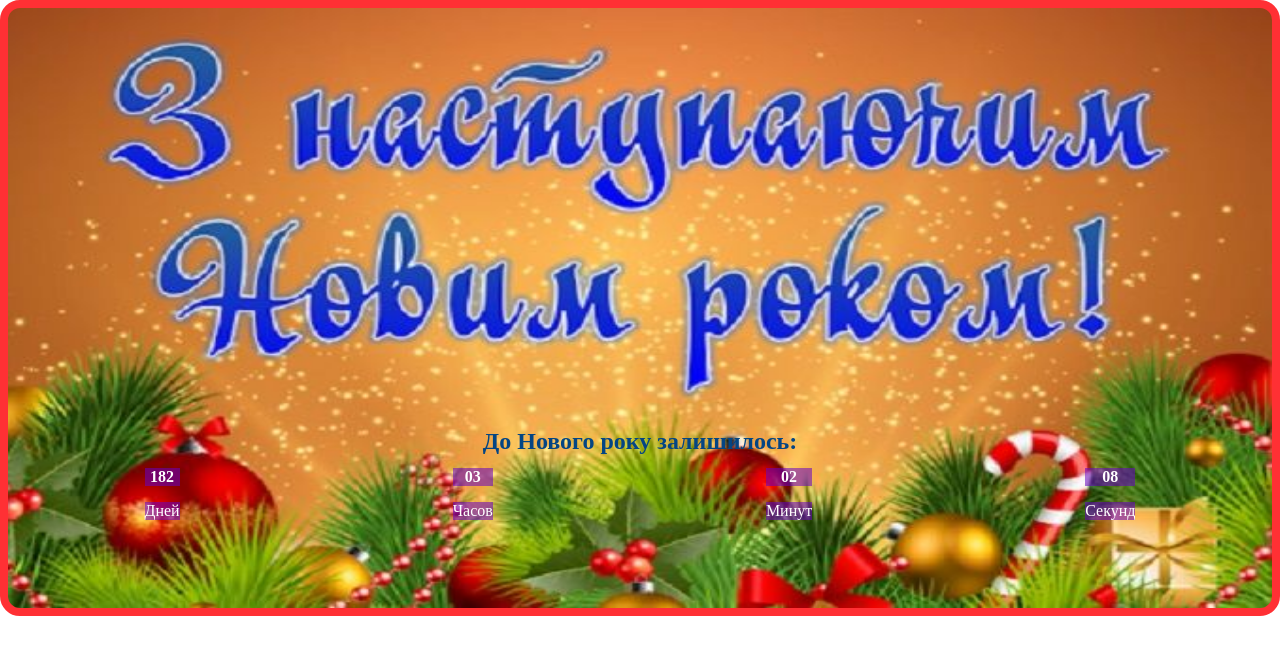
Repository: KonstantinKhamilov/JavaScript11-new-year
Page: index.html
These files come from the project's save history. The page is drawn as it stood at one moment and after the next save; the edit follows.
The browser window is 1280 px wide. The pictures show the whole page.

Above is the page before, as saved 2024-12-29 20:19:00.

After the next save:
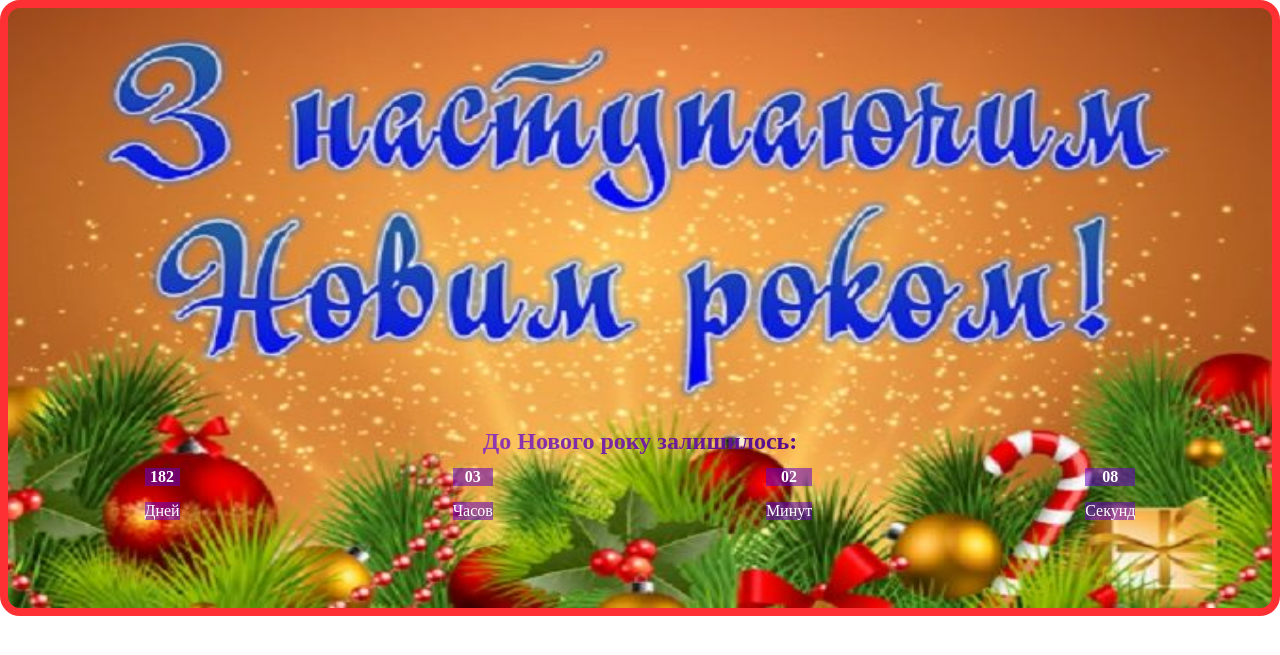
Saved 18 s later.
--- a/newYear.css
+++ b/newYear.css
@@ -48,6 +48,20 @@ body {
     font-weight: bold;
     font-size: 1.5em;
     text-align: center;
+    background: linear-gradient(
+      270deg,
+      red,
+      orange,
+      yellow,
+      green,
+      blue,
+      indigo,
+      violet
+    );
+    background-size: 400%; /* Увеличиваем размер фона для анимации */
+    -webkit-background-clip: text; /* Обрезаем фон по тексту */
+    -webkit-text-fill-color: transparent; /* Делаем цвет текста прозрачным */
+    animation: rainbow 5s linear infinite;
   }
 
   .time {
